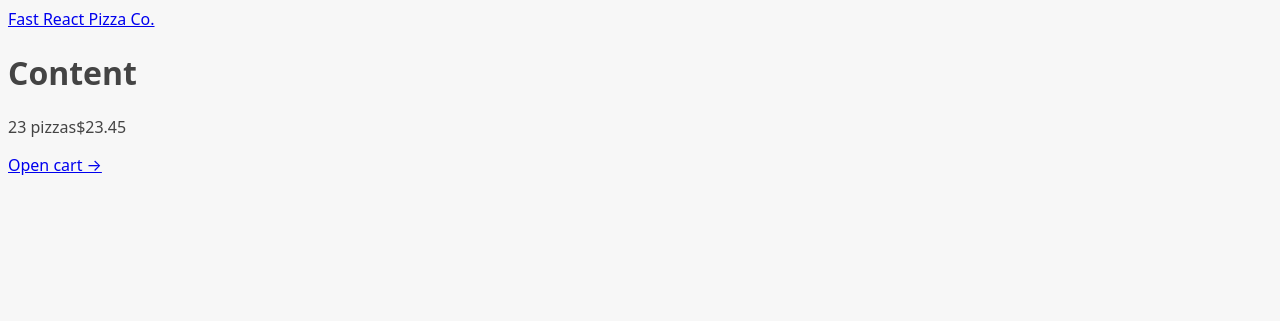
Repository: SmooothCriminal001/ReactLearning
Page: / (app in More Exercises/fast-react-pizza/)
The author's editor kept a copy of each file at every save. The page is drawn from the files as they stood at one save, then again after the next save.
The browser window is 1280 px wide. The pictures show the whole page.
The project was rebuilt for these pictures with package versions that can differ from the ones it lists, and the page was loaded fresh each time. Also part of the build but not shown: More Exercises/fast-react-pizza/vite.config.js, More Exercises/fast-react-pizza/src/features/menu/Menu.jsx, More Exercises/fast-react-pizza/src/features/cart/Cart.jsx, More Exercises/fast-react-pizza/src/utils/helpers.js, More Exercises/fast-react-pizza/src/features/order/Order.jsx. Imported but missing from the stored project, and not drawn on this page: More Exercises/fast-react-pizza/src/features/order/CreateOrder.

Above is the page before, as saved 2024-10-01 21:54:46.

After the next save:
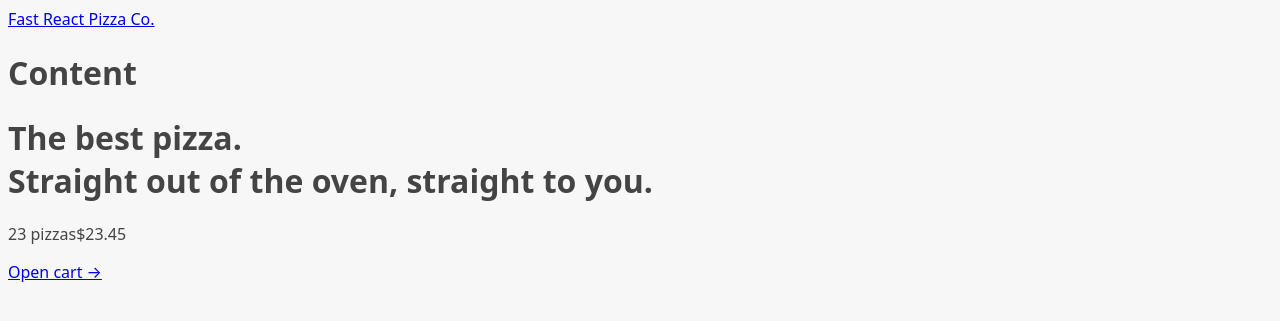
Saved 37 s later.
--- a/More Exercises/fast-react-pizza/src/ui/AppLayout.jsx
+++ b/More Exercises/fast-react-pizza/src/ui/AppLayout.jsx
@@ -1,3 +1,4 @@
+import { Outlet } from "react-router-dom";
 import CartOverview from "../features/cart/CartOverview";
 import Header from "./Header";
 
@@ -7,6 +8,7 @@ export default function AppLayout(){
 
         <main>
             <h1>Content</h1>
+            <Outlet />
         </main>
 
         <CartOverview />
